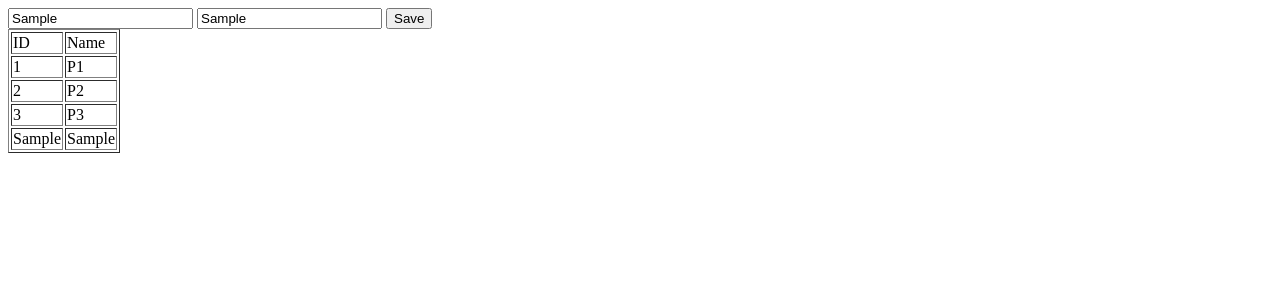
Repository: minhtuan16/JS-Basic
Page: JavaScript Begin/htmldom.html
The author's editor kept a copy of each file at every save. The page is drawn from the files as they stood at one save, then again after the next save.
The browser window is 1280 px wide. The pictures show the whole page.
Empty fields were first filled with sample values (such as "Sample", 5 or name@example.com).
After loading, the first visible `#saveBtn` was clicked once.

Above is the page before, as saved 2022-06-03 20:04:24.

After the next save:
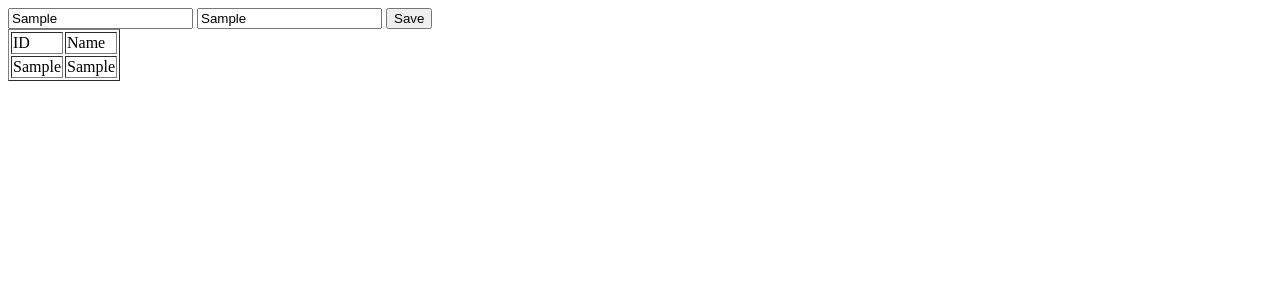
Saved 2 min 56 s later.
--- a/JavaScript Begin/htmldom.html
+++ b/JavaScript Begin/htmldom.html
@@ -70,9 +70,11 @@
 
             var p = {id: id, name: name};
 
-            data.push(p);
+            // data.push(p);
+            var data1 = [];
+            data1.push(p);
 
-            resetDrawTable(data);
+            resetDrawTable(data1);
         }
     </script>
 </body>
